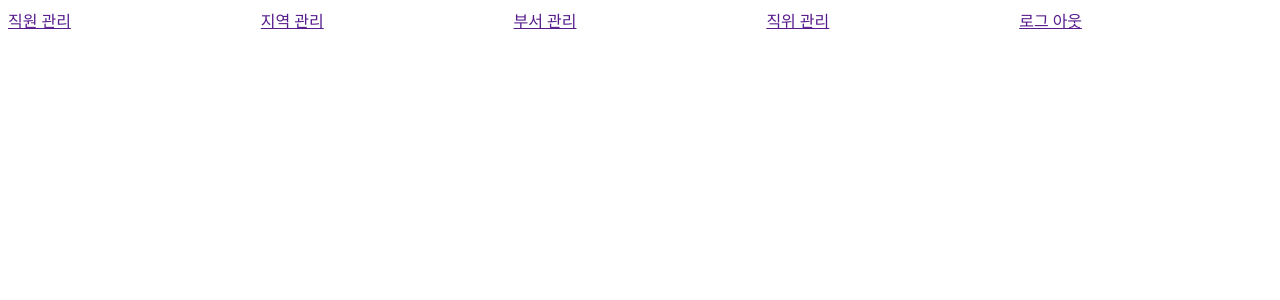
Repository: Umkimisstrong/UM_SpringMVCStudy
Page: http://localhost/mvc04/EmployeeMenu.jsp
An editor plug-in stored every save of this project. The page is shown before and after the next save, followed by the edit.
The browser window is 1280 px wide. The pictures show the whole page.
The page is served by Tomcat 9.

Above is the page before, as saved 2022-05-27 01:11:02.

### mvc04/WebContent/EmployeeMenu.jsp
<%@ page contentType="text/html; charset=UTF-8"%>
<%@ taglib prefix="c" uri="http://java.sun.com/jsp/jstl/core"%>
<%
	request.setCharacterEncoding("UTF-8");
	String cp = request.getContextPath();
%>
<!DOCTYPE html>
<html>
<head>
<meta charset="UTF-8">
<title>EmployeeMenu.jsp</title>
<link rel="stylesheet" type="text/css" href="<%=cp %>/css/menuStyle.css">
</head>
<body>

<!--------------------------------
      #13 EmployeeMenu.jsp
      - 메인 메뉴 페이지 구성
      - 로그아웃 기능 포함
 --------------------------------->
<div id="menu">
	<ul>
		<li>
			<a href="" class="menu">직원 관리</a>
		</li>

		<li>
			<a href="" class="menu">지역 관리</a>
		</li>

		<li>
			<a href="" class="menu">부서 관리</a>
		</li>

		<li>
			<a href="" class="menu">직위 관리</a>
		</li>

		<li>
			<a href="" class="menu">로그 아웃</a>
		</li>
	</ul>
</div>






























</body>
</html>

### mvc04/WebContent/css/menuStyle.css
@charset "UTF-8";

/* ========================
    #14. menuStyle.css
    - 메뉴스타일 구성
======================== */

ul
{
	list-style-type: none;
	margin: 0;
	padding: 0;
	overflow: hidden;
}

li
{
	width: 20%;
	float: left;
}

After the next save:
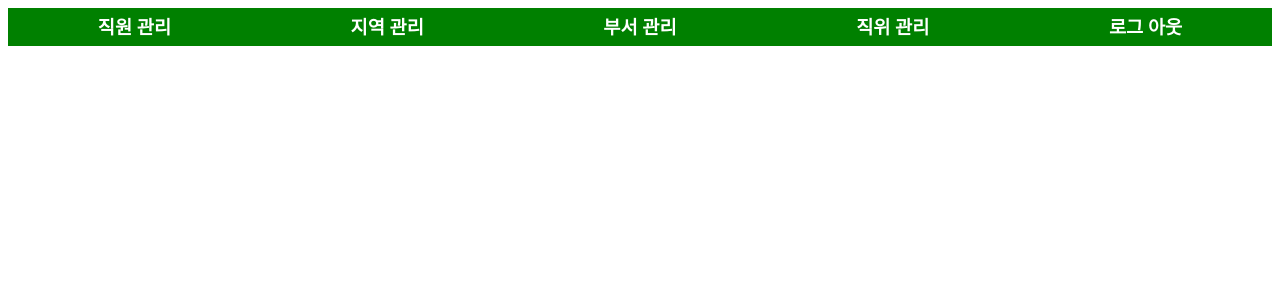
Saved 94 s later.
--- a/mvc04/WebContent/css/menuStyle.css
+++ b/mvc04/WebContent/css/menuStyle.css
@@ -18,3 +18,17 @@ li
 	width: 20%;
 	float: left;
 }
+
+a.menu:link, a.menu:visited
+{
+	display: block;
+	font-weight: bold;
+	color: #ffffff;
+	background-color: #008000;
+	text-align: center;
+	padding: 4px;
+	text-decoration: none;
+	text-transform: uppercase;
+	height: 30px;
+	font-size: 14pt;
+}
